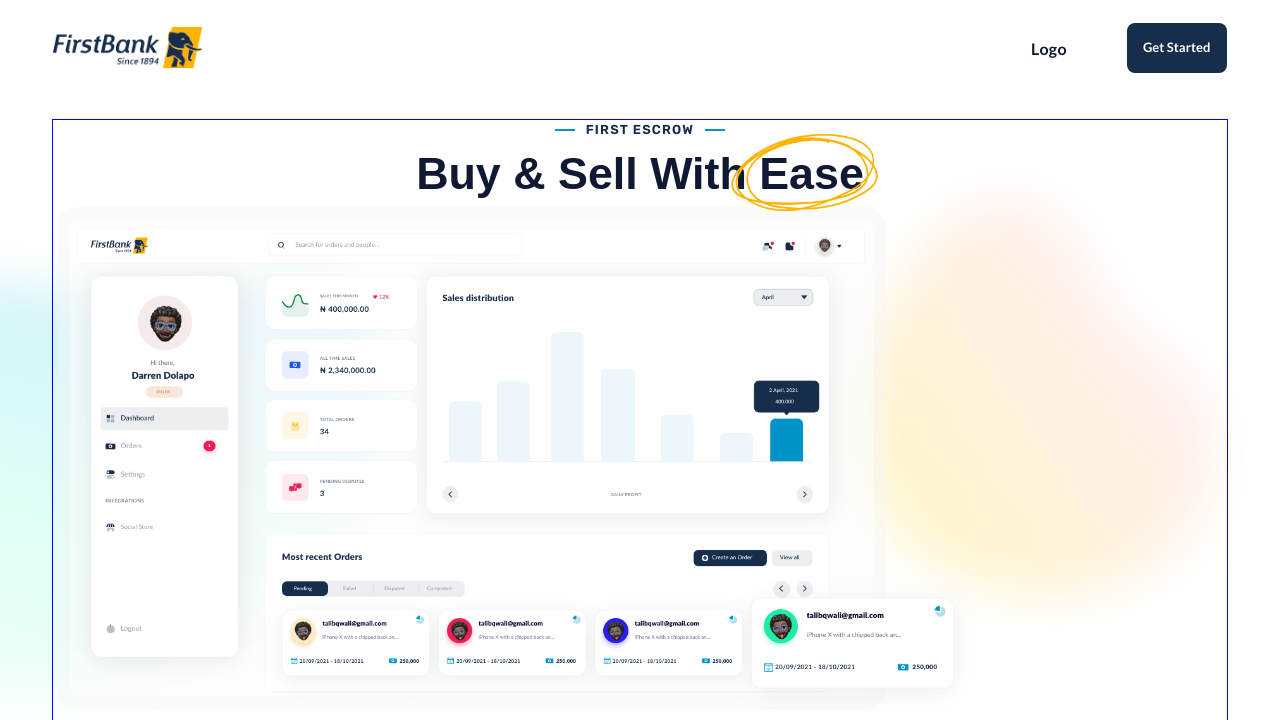
Repository: Pepperest-dev/First_Escrow_Home
Page: index.html
These files come from the project's save history. The page is drawn as it stood at one moment and after the next save; the edit follows.
The browser window is 1280 px wide. The pictures show the whole page.

Above is the page before, as saved 2021-09-25 21:14:01.

### index.html
<!DOCTYPE html>
<html lang="en">
  <head>
    <meta charset="UTF-8" />
    <meta http-equiv="X-UA-Compatible" content="IE=edge" />
    <meta name="viewport" content="width=device-width, initial-scale=1.0" />
    <link rel="stylesheet" href="styles/styles.css" />
    <link rel="stylesheet" href="styles/mobileScreenStyles.css" />
    <link
      href="https://unpkg.com/tailwindcss@^2/dist/tailwind.min.css"
      rel="stylesheet"
    />
    <link
      rel="stylesheet"
      href="https://cdnjs.cloudflare.com/ajax/libs/font-awesome/4.7.0/css/font-awesome.min.css"
    />
    <link rel="preconnect" href="https://fonts.googleapis.com" />
    <link rel="preconnect" href="https://fonts.gstatic.com" crossorigin />
    <link
      href="https://fonts.googleapis.com/css2?family=Lato:wght@100;300;400;700&family=Rubik:wght@400;500;600;700&display=swap"
      rel="stylesheet"
    />
    <title>First Escrow</title>
  </head>
  <body>
    <!-- Create a container wrapper to  -->
    <div class="container w-screen">
      <!-- create a container to keep everything contained in a certain width -->
      <!-- create the Navbar -->
      <!-- Do the font setup from google fonts -->
      <!-- make the navbar responsive -->
      <!-- create the hero section -->
      <!-- work on the what can we do or you ssection -->
      <!-- Work on how does first escrow  works-->
      <!-- work on refund is guranteed  section  -->
      <!-- how it works in simple steps section -->
      <!-- work on the footer section -->
      <header class="banner h-12/12 overflow-hidden">
        <nav
          class="
            h-24
            flex
            justify-between
            items-center
            md:w-11/12 md:p-0
            px-7
            mx-auto
            mb-6
          "
        >
          <a href="/">
            <img
              src="/assets/imgs/firstBank_logo.png"
              alt="First Bank Logo"
              class="BrandLogo cursor-pointer"
            />
          </a>

          <ul class="md:flex hidden w-2/12 h-full justify-between items-center">
            <li class="loginLink"><a href="#">Logo</a></li>
            <li>
              <button class="getStartedBtn hover:drop-shadow-xl">
                Get Started
              </button>
            </li>
          </ul>

          <div id="hambugger" class="hambugger cursor-pointer md:hidden">
            <i id="menuToggler" class="fa fa-2x fa-bars"></i>
          </div>
        </nav>

        <main class="md:w-11/12 outline md:p-0 px-7 mx-auto">
          <article>
            <p
              class="
                text-center
                mx-auto
                flex
                justify-around
                items-center
                firstEscrow
              "
            >
              First Escrow
            </p>
            <h1 class="mainTitle mx-auto ouline">
              Buy & Sell With <span class="easeElipses">Ease</span>
              <img
                src="/assets/icons/bigEaseElipses.png"
                alt="elipses"
                class="elipses"
              />
            </h1>
          </article>
          <img
            src="/assets/imgs/dashboardMockup.png"
            class="dashboardImg"
            alt="dashboard mockup"
          />
        </main>
        <!-- <h1>First Escrows</h1> -->
      </header>
    </div>
    <script src="js/app.js"></script>
  </body>
</html>

### Styles/styles.css
* {
  margin: 0;
  padding: 0;
  border: 0;
  font-size: 16px;
  text-decoration: none;
  font: inherit;
  vertical-align: baseline;
  box-sizing: border-box;
}

/* Colors varable declaration */
:root {
  --whiteBgColor: #ffffff;
  --BtnBgColor: #162d4c;
  --lightBlueColor: #0093c9;
  --yellowPrimaryColor: #ffb300;
  --boxesTextColor: #707070;
  --darkBlueTextColor: #101933;
  --bannerTextColor: #707585;
  --lightGreenColor: #28a745;
  --inputFieldBorderColor: #d8dade;
  --footerBackgroundColor: #f6f6f7;
  --footerTextColor: #040c22;
  --latoFontFamily: "Lato", sans-serif;
  --rubikFontFamily: "Rubik", sans-serif;
  --arialFontFamily: "Arial", sans-serif;
}

.banner {
  background-image: url(../assets/imgs/overlayBackground.png);
  height: 100vh;
  width: 100vw;
  background-position: center;
  background-repeat: no-repeat;
  background-size: cover;
}
.dashboardImg {
  width: 80%;
  height: auto;
  /* margin: 3rem auto; */
}

.container {
  background-color: var(--whiteBgColor);
}

.BrandLogo {
  width: 150px;
  object-fit: contain;
  height: 45px;
}

.outline {
  outline: 1px solid blue;
}

.loginLink {
  font: normal normal 600 16px/19px Lato;
  letter-spacing: 0.32px;
  font-family: var(--latoFontFamily);
  font-style: normal;
  font-weight: 600;
  color: var(--darkBlueTextColor);
}

.loginLink:hover {
  opacity: 0.8;
  transition: all ease-in-out 350ms;
}

.getStartedBtn {
  border-radius: 8px;
  background-color: var(--BtnBgColor);
  width: 100px;
  height: 50px;
  color: var(--whiteBgColor);
  font-family: var(--latoFontFamily);
  text-align: center;
  font-size: 13px;
  font-weight: 600;
}

.getStartedBtn:hover {
  opacity: 0.8;
  transition: all ease-in-out 350ms;
}

.firstEscrow {
  letter-spacing: 1.2px;
  color: var(--BtnBgColor);
  text-transform: uppercase;
  font-family: var(--rubikFontFamily);
  font-size: 13px;
  font-weight: 600;
  width: 180px;
}

.firstEscrow::before {
  content: "";
  display: flex;
  width: 20px;
  border: 1px solid var(--lightBlueColor);
  background-color: var(--lightBlueColor);
}
.firstEscrow::after {
  content: "";
  display: flex;
  width: 20px;
  background-color: var(--lightBlueColor);
  border: 1px solid var(--lightBlueColor);
}
.mainTitle {
  text-align: center;
  color: var(--darkBlueTextColor);
  font-family: var(--arialFontFamily);
  font-weight: 700;
  font-size: 2.8rem;
  width: 600px;
  position: relative;
}

.easeElipses {
  background-image: url(../assets/icons/bigEaseElipses.png);
  background-repeat: no-repeat;
  background-position: center;
  /* background-size: c; */
  object-fit: cover;
}

.elipses {
  position: absolute;
  width: 150px;
  top: -11px;
  right: 10%;
}

### Styles/mobileScreenStyles.css
@media screen and (max-width: 600px) {
  .banner {
    background-size: contain;
  }
  .dashboard {
    width: 100%;
    height: auto;
    /* margin: 3rem auto; */
  }

  .BrandLogo {
    width: 100px;
  }

  .toggle{
    transition: opacity ease-in-out;
  }
}

### Js/app.js
const hambugger = document.querySelector("#hambugger");
console.log(hambugger);

const menu = document.querySelector("#menuToggler");

hambugger.addEventListener("click", () => {
  if (menu.classList.contains("fa-bars")) {
    menu.classList.remove("fa-bars");
    menu.classList.add("fa-times");
  } else if (menu.classList.contains("fa-times")) {
    menu.classList.remove("fa-times");
    menu.classList.add("fa-bars");
  }
  hambugger.classList.toggle("toggle");
});

After the next save:
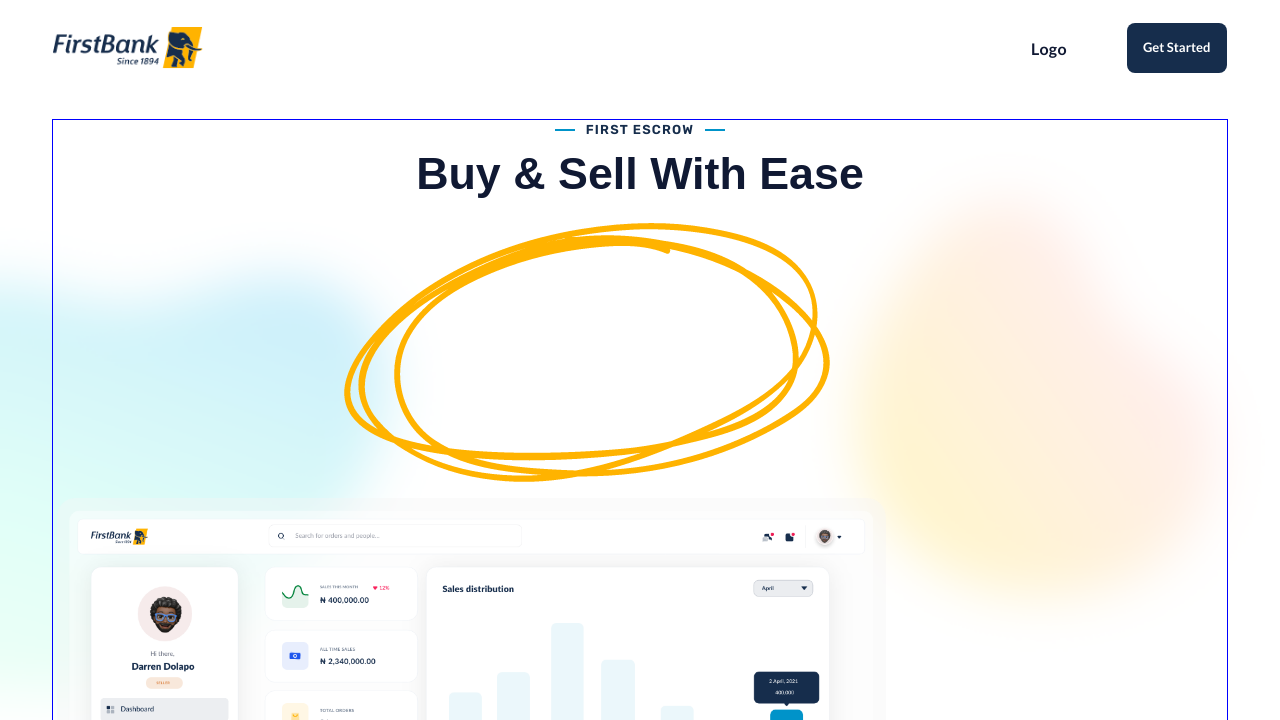
Saved 6 s later.
--- a/Styles/styles.css
+++ b/Styles/styles.css
@@ -120,13 +120,13 @@
   position: relative;
 }
 
-.easeElipses {
+/* .easeElipses {
   background-image: url(../assets/icons/bigEaseElipses.png);
   background-repeat: no-repeat;
   background-position: center;
   /* background-size: c; */
   object-fit: cover;
-}
+} */
 
 .elipses {
   position: absolute;

After the 2 saves that followed:
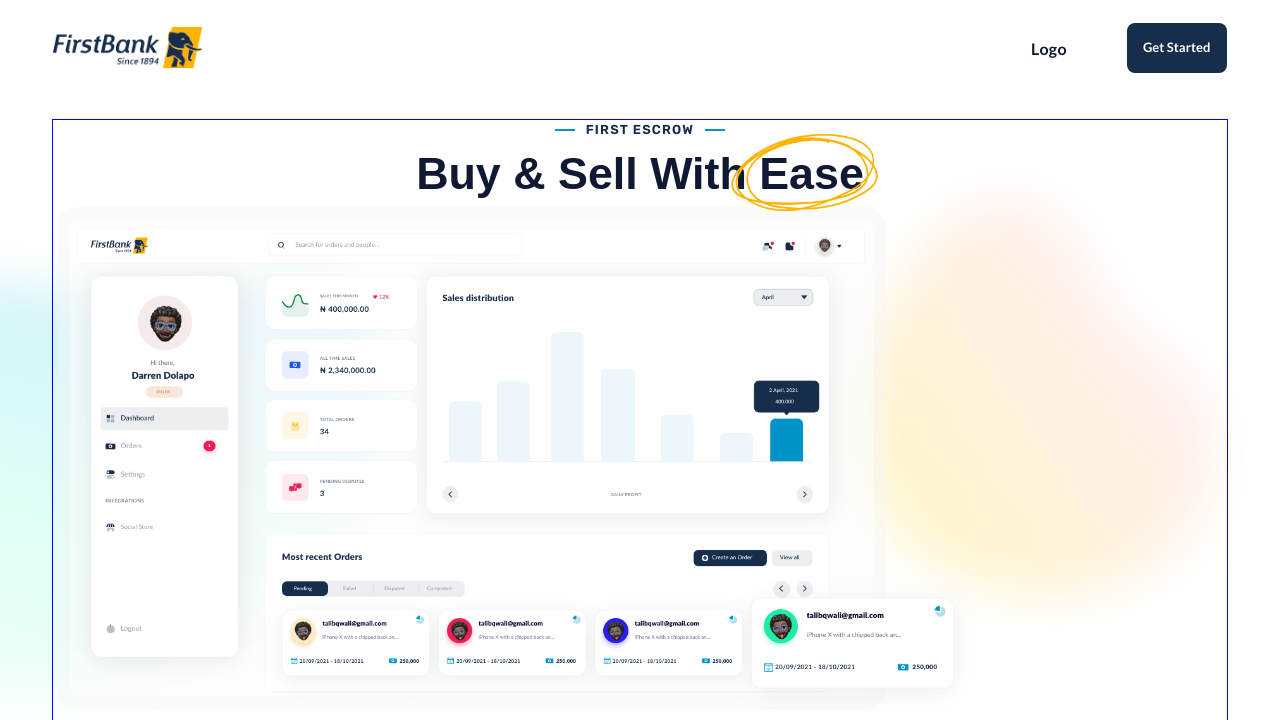
The 2 saves are shown as one change because 1 left the picture as it was.
The last was saved 16 s later.
--- a/index.html
+++ b/index.html
@@ -85,7 +85,7 @@
               First Escrow
             </p>
             <h1 class="mainTitle mx-auto ouline">
-              Buy & Sell With <span class="easeElipses">Ease</span>
+              Buy & Sell With <span class="">Ease</span>
               <img
                 src="/assets/icons/bigEaseElipses.png"
                 alt="elipses"
--- a/Styles/styles.css
+++ b/Styles/styles.css
@@ -120,13 +120,13 @@
   position: relative;
 }
 
-/* .easeElipses {
+.easeElipses {
   background-image: url(../assets/icons/bigEaseElipses.png);
   background-repeat: no-repeat;
   background-position: center;
   /* background-size: c; */
   object-fit: cover;
-} */
+}
 
 .elipses {
   position: absolute;
